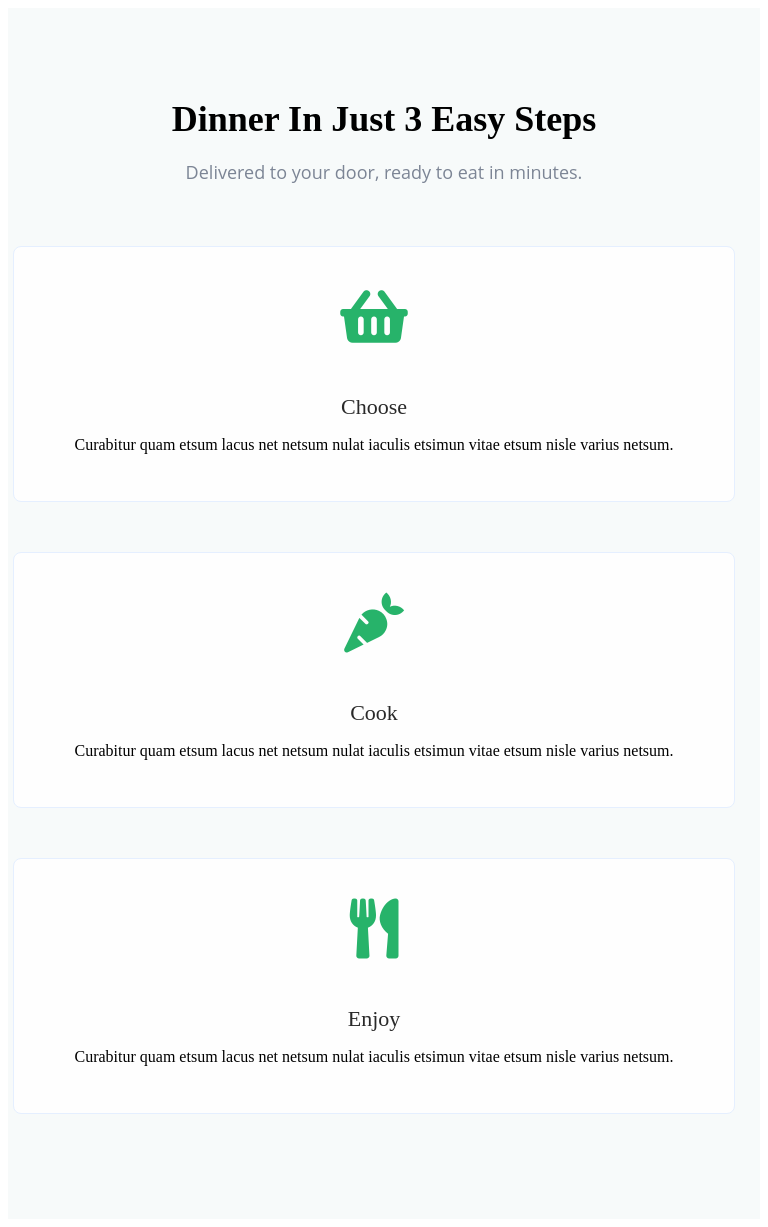
Repository: ST-United-Internship/leadpage
Page: card-UI.html
These files come from the project's save history. The page is drawn as it stood at one moment and after the next save; the edit follows.
The browser window is 768 px wide. The pictures show the whole page.

Above is the page before, as saved 2023-03-15 15:46:07.

After the next save:
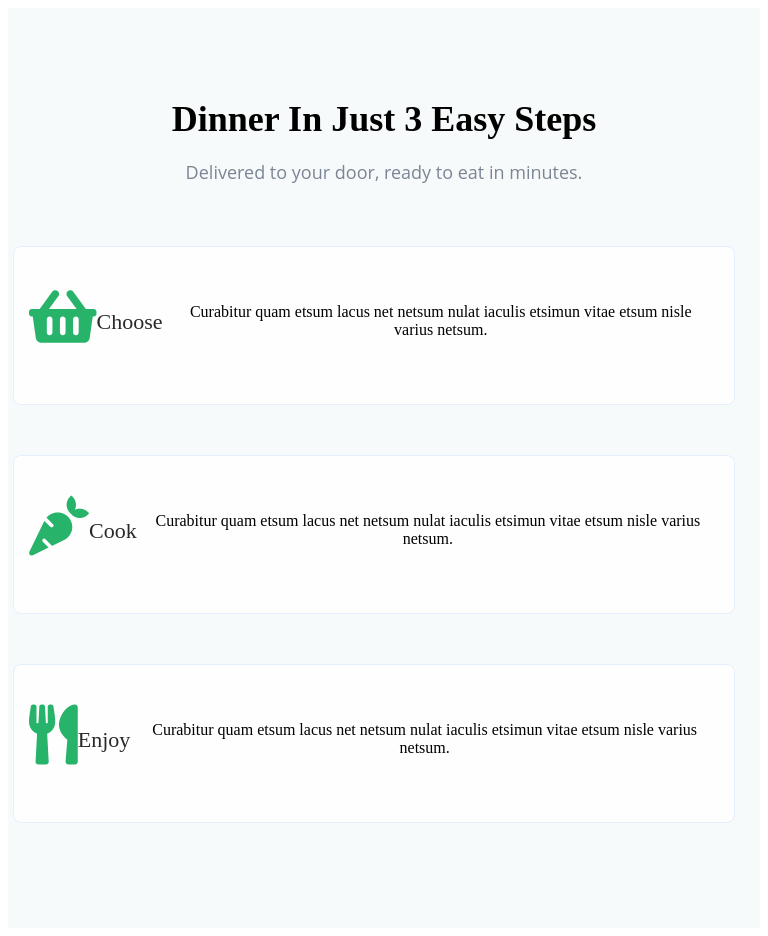
Saved 9 s later.
--- a/css/card-UI.css
+++ b/css/card-UI.css
@@ -93,6 +93,6 @@ section{
     }
     .title-card{
         width: auto;
-        justify-content: center;
+        display: flex;
     }
 }

After the save that followed:
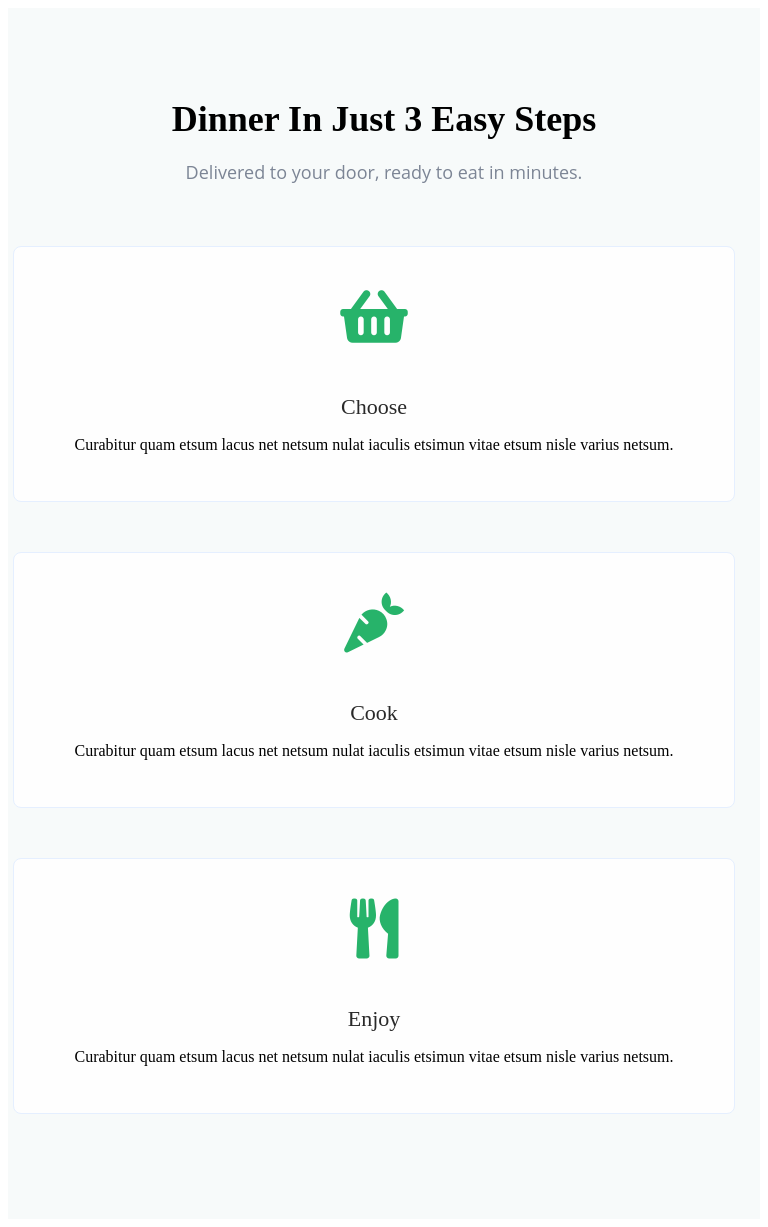
Saved 8 s later.
--- a/css/card-UI.css
+++ b/css/card-UI.css
@@ -93,6 +93,6 @@ section{
     }
     .title-card{
         width: auto;
-        display: flex;
+        justify-content: center;
     }
 }
